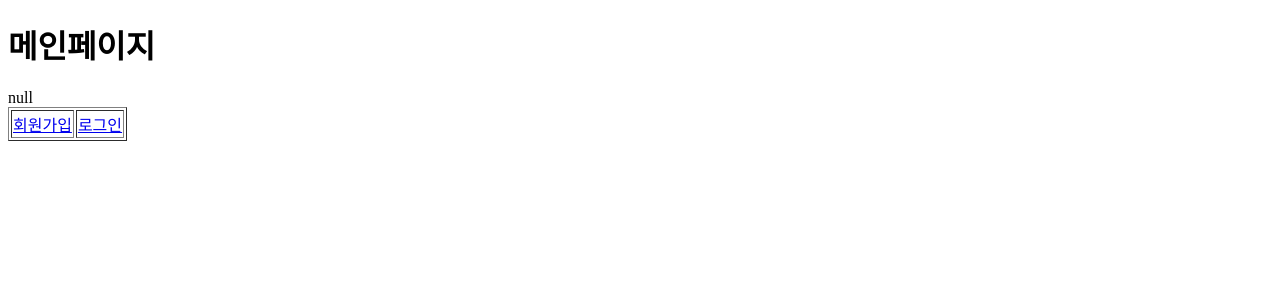
Repository: BEOMJINI/greenJsp
Page: http://localhost/basic/02.22/로그인구현실습/02_main.jsp
An editor plug-in stored every save of this project. The page is shown before and after the next save, followed by the edit.
The browser window is 1280 px wide. The pictures show the whole page.
The page is served by Tomcat 9. Other server files are loaded and not shown.

Above is the page before, as saved 2023-02-22 02:42:18.

### jspWorkspace/basic/src/main/webapp/02.22/로그인구현실습/02_main.jsp
 <%@ page language="java" contentType="text/html; charset=UTF-8"
    pageEncoding="UTF-8"%>
<!DOCTYPE html>
<html>
<head>
<meta charset="UTF-8">
<title>Insert title here</title>
</head>
<body>
<h1> 메인페이지 </h1>

<%
  Object obj = session.getAttribute("idx");
  out.println(obj);
%>

<table border="1">
<% if(obj == null){ %>
    <tr>
        <td><a href="03_11_joinForm.jsp"> 회원가입 </a></td>
        <td><a href="03_21_loginForm.jsp"> 로그인 </a></td>
    </tr>
<%}else{ %>
    <tr>
        <td><a href="03_23_logoutPro.jsp"> 로그아웃 </a></td>
        <td><a href="03_31_updateForm.jsp"> 회원정보수정 </a></td>
        <td><a href="03_41_deleteForm.jsp"> 회원탈퇴 </a></td>
    </tr>
<%} %>
</table>

</body>
</html>

### jspWorkspace/basic/src/main/webapp/02.22/05_memberLogin/style.css
@charset "UTF-8";

body{
	display:flex;
	align-items: center;
	justify-content: center;
	text-align: center;
	flex-direction: column;
}

table{
	border: 1px solid black;
}

td{
	border: 1px solid black;
}

After the next save:
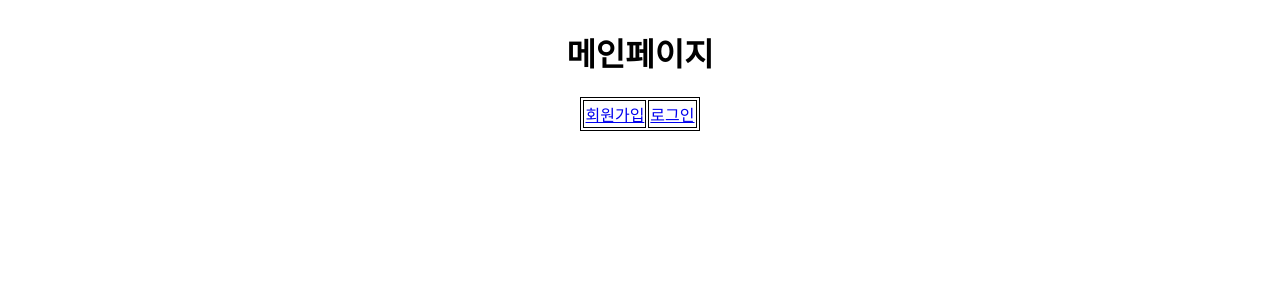
Saved 3 min 25 s later.
--- a/jspWorkspace/basic/src/main/webapp/02.22/로그인구현실습/02_main.jsp
+++ b/jspWorkspace/basic/src/main/webapp/02.22/로그인구현실습/02_main.jsp
@@ -1,17 +1,21 @@
- <%@ page language="java" contentType="text/html; charset=UTF-8"
+<%@page import="java.util.List"%>
+<%@ page language="java" contentType="text/html; charset=UTF-8"
     pageEncoding="UTF-8"%>
 <!DOCTYPE html>
 <html>
 <head>
 <meta charset="UTF-8">
 <title>Insert title here</title>
+<link rel="stylesheet" type="text/css" href="style.css">
 </head>
 <body>
 <h1> 메인페이지 </h1>
 
 <%
-  Object obj = session.getAttribute("idx");
-  out.println(obj);
+
+  List<String> idlist = (List<String>)session.getAttribute("idList");
+  System.out.println(idlist);
+Object obj = session.getAttribute("idx");
 %>
 
 <table border="1">
